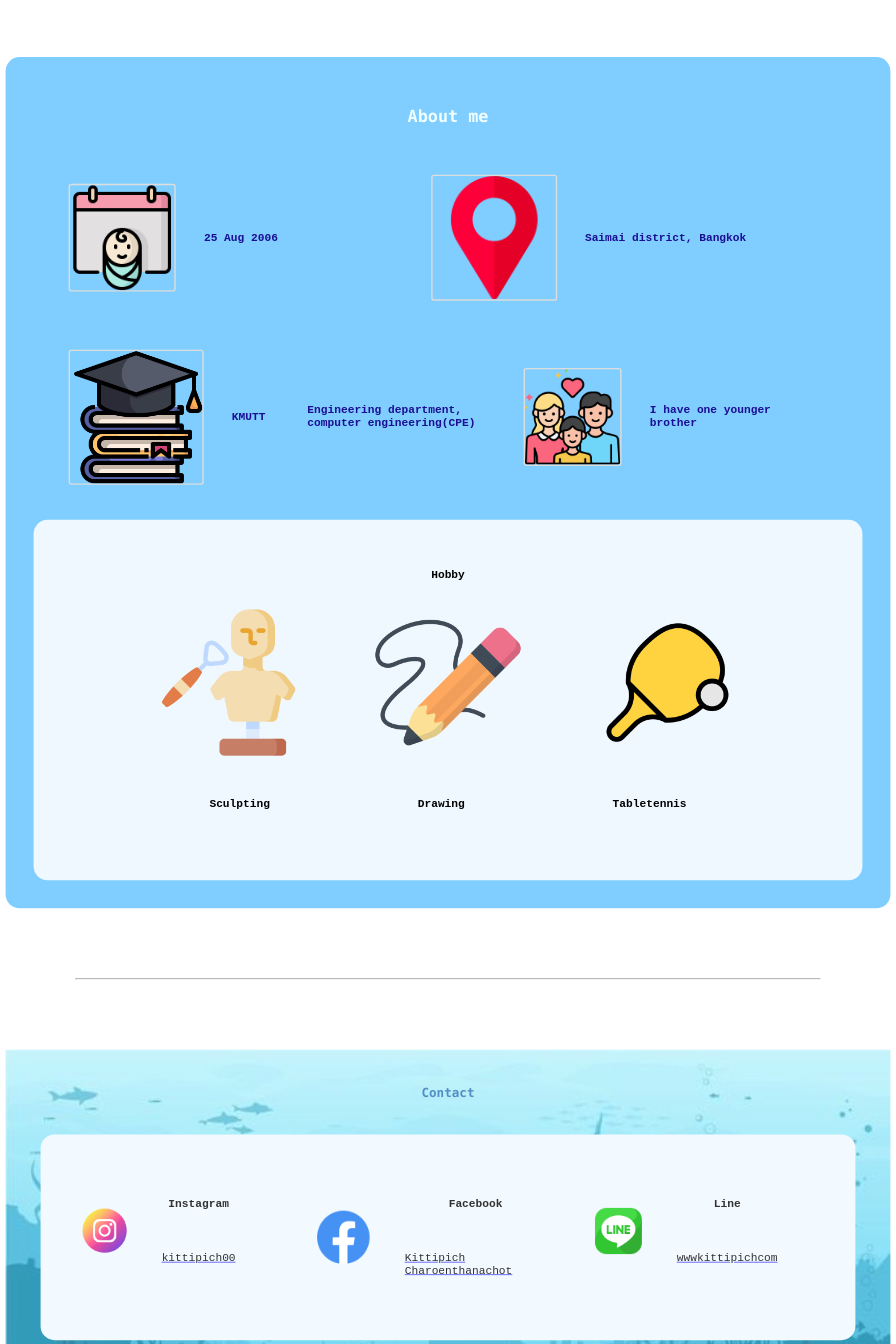
Repository: kittipichcha/Port1
Page: page1.html
The author's editor kept a copy of each file at every save. The page is drawn from the files as they stood at one save, then again after the next save.
The browser window is 1280 px wide. The pictures show the part of the page from y = 981 to 2901 px (the page is 4769 px tall before and 4761 px after), at 70% of full size.

Above is the page before, as saved 2024-10-16 20:34:50.

After the next save:
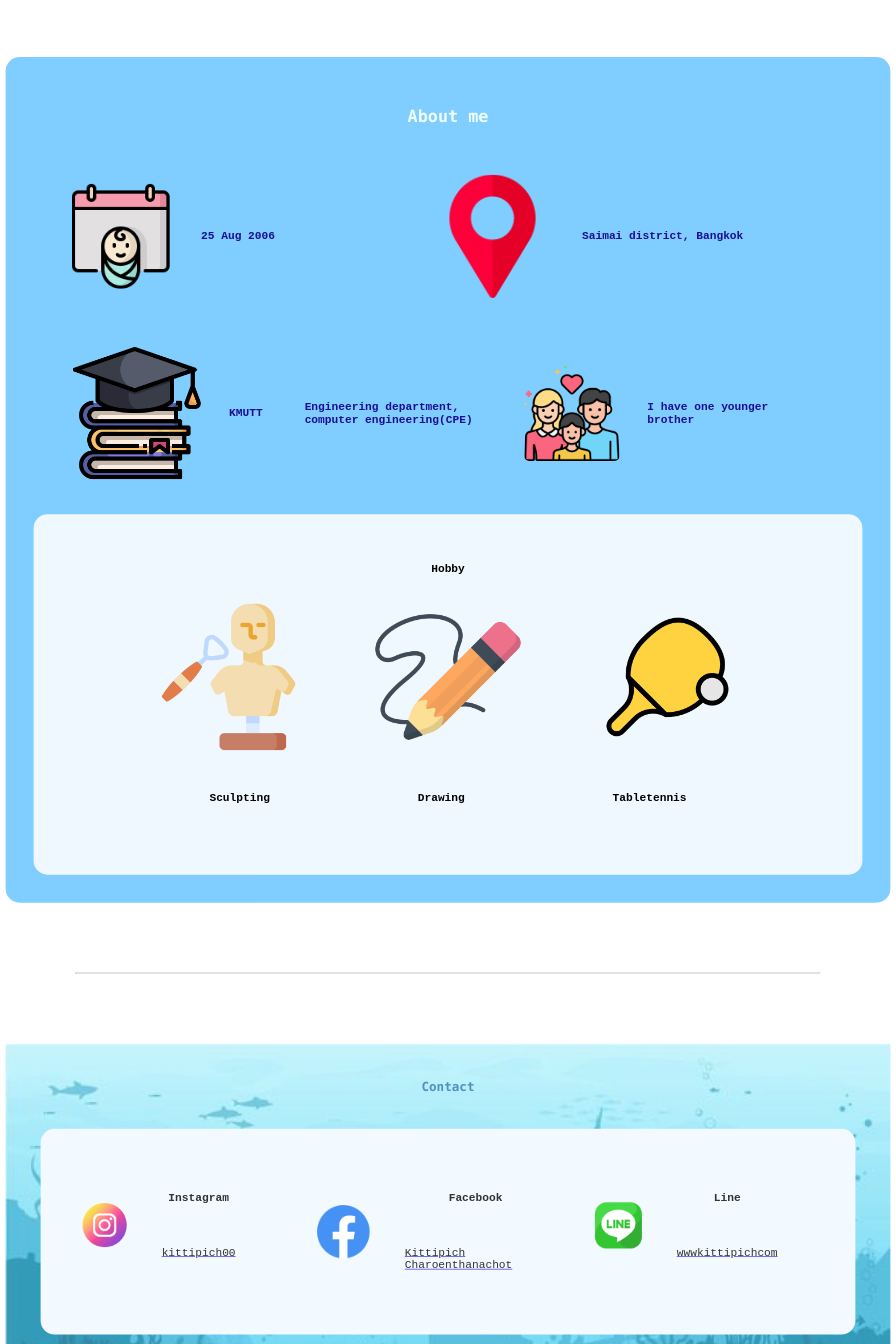
Saved 22 s later.
--- a/page1.html
+++ b/page1.html
@@ -40,12 +40,12 @@
       <div class = "widget">
         <!-- born -->
         <div style = "justify-content: flex-start;">
-          <img class = "icon" src="icon\baby.png" alt="Logo">
+          <img class = "icon3" src="icon\baby.png" alt="Logo">
           <h3 class = "textGeneral" style = "color: rgb(27, 14, 149);"> 25 Aug 2006 </h3>
         </div>
         <!-- live -->
         <div style = "justify-content: flex-start;">
-          <img class = "icon" src="icon\placeholder.png" alt="Place">
+          <img class = "icon3" src="icon\placeholder.png" alt="Place">
           <h3 class = "textGeneral" style = "color: rgb(27, 14, 149);"> Saimai district, Bangkok </h3>
         </div>
         <br class = "space1">
@@ -53,14 +53,14 @@
       <div class = "widget">
         <!-- study -->
         <div style = "justify-content: flex-start;">
-          <img class = "icon" src="icon\graduation.png" alt="Logo">
+          <img class = "icon3" src="icon\graduation.png" alt="Logo">
           <h3 class = "textGeneral" style = "color: rgb(27, 14, 149);"> KMUTT </h3>
           <h4 class = "textGeneral" style = "color: rgb(27, 14, 149);"> Engineering department, computer engineering(CPE)</h4>
         </div>
 
         <!-- family -->
         <div style = "justify-content: flex-start;">
-          <img class = "icon" src="icon\family.png" alt="Logo">
+          <img class = "icon3" src="icon\family.png" alt="Logo">
           <h3 class = "textGeneral" style = "color: rgb(27, 14, 149);"> I have one younger brother </h3>
         </div>
       </div>
